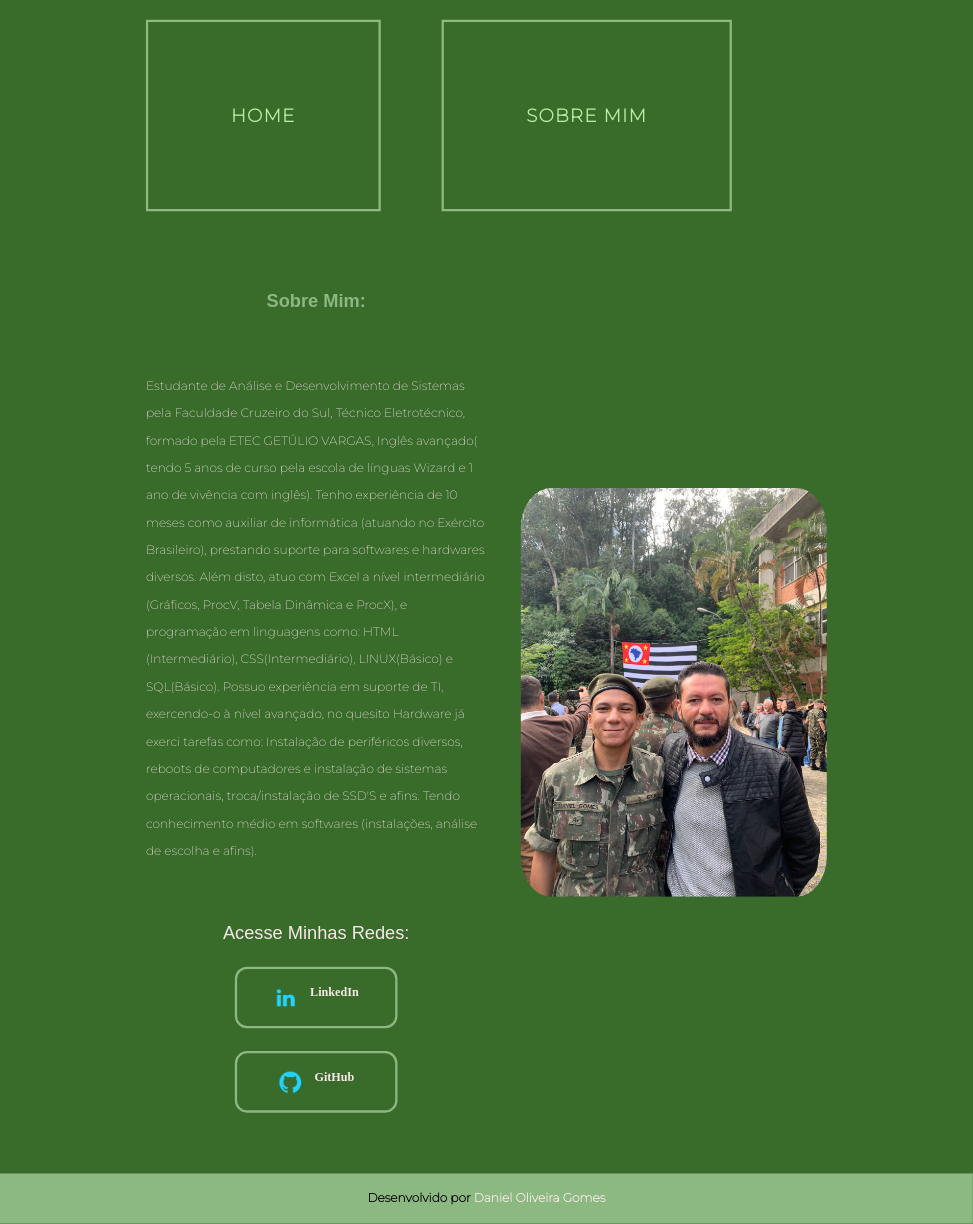
Repository: DamnDTX/Portfolio-Daniel-Oliveira-1
Page: about.html
The author's editor kept a copy of each file at every save. The page is drawn from the files as they stood at one save, then again after a run of saves.
The browser window is 1280 px wide. The pictures show the whole page, at 76% of full size.
Some web fonts or font styles are not loaded; a fallback is used.

Above is the page before, as saved 2023-07-24 17:25:28.

After the next 2 saves:
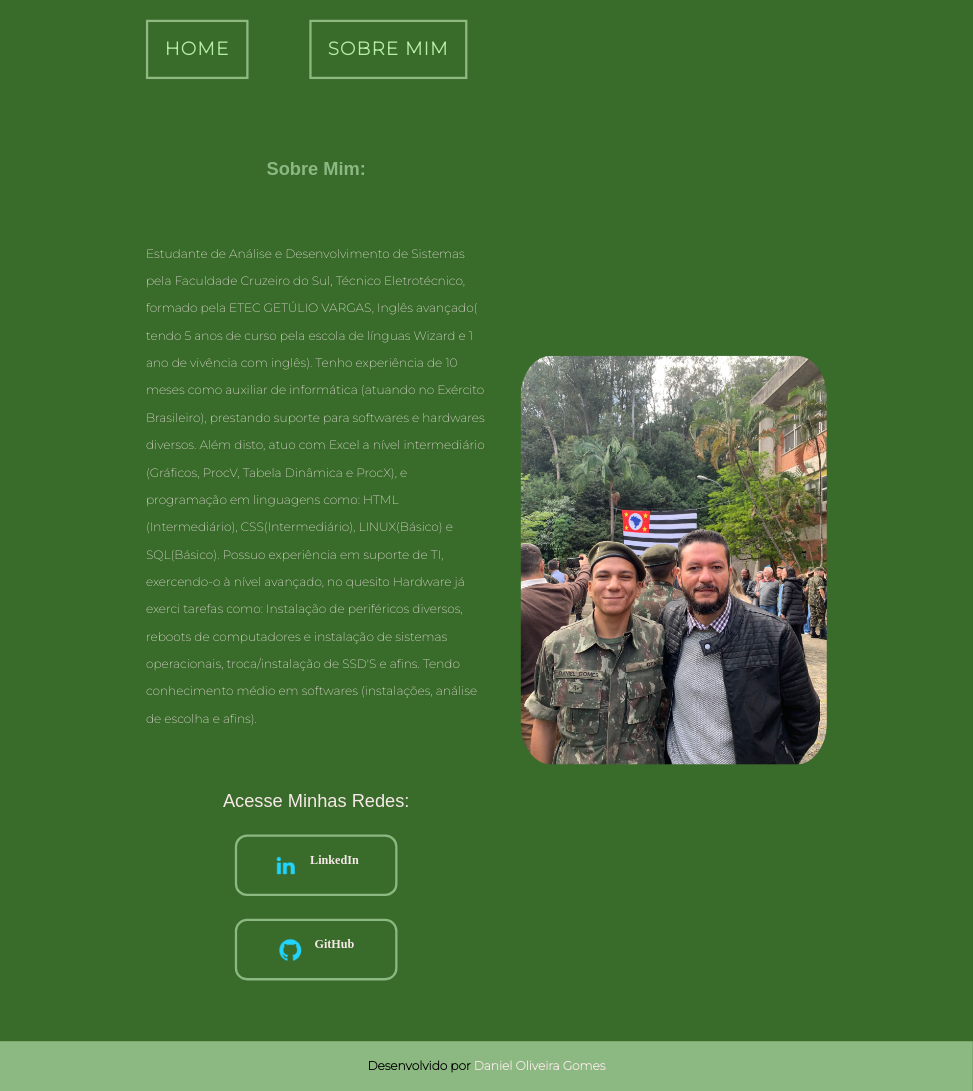
The 2 saves are shown as one change because they came seconds apart.
The last was saved 8 s later.
--- a/styles/about.css
+++ b/styles/about.css
@@ -46,7 +46,7 @@ gap: 80px;}
     letter-spacing: 0.1rem;
     border-style: solid;
     border-color: #8EBA82;
-    padding: 10%;
+    padding: 2%;
     background-color: transparent;
 }
 
